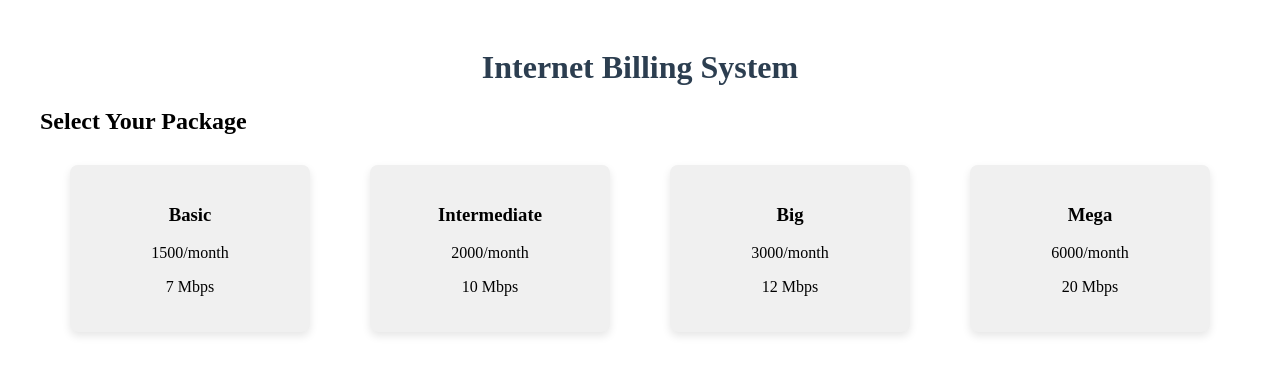
Repository: rachel648/system_Bill
Page: /packages (app in client/)
An editor plug-in stored every save of this project. The page is shown before and after the next save, followed by the edit.
The browser window is 1280 px wide. The pictures show the whole page.
The project was rebuilt for these pictures with package versions that can differ from the ones it lists, and the page was loaded fresh each time. Also part of the build but not shown: client/src/components/ServiceForm.js.

Above is the page before, as saved 2025-05-11 17:26:01.

### client/public/index.html
<!DOCTYPE html>
<html lang="en">
  <head>
    <meta charset="UTF-8" />
    <meta name="viewport" content="width=device-width, initial-scale=1.0"/>
    <title>Internet Billing System</title>
  </head>
  <body>
    <div id="root"></div>
    <!-- Add React scripts if not using Create React App -->
    <!-- <script src="https://unpkg.com/react@18/umd/react.development.js"></script>
    <script src="https://unpkg.com/react-dom@18/umd/react-dom.development.js"></script> -->
  </body>
</html>

### client/src/App.js
import React from 'react';
import { BrowserRouter as Router, Routes, Route } from 'react-router-dom';
import ServiceForm from './components/ServiceForm';
import Packages from './Packages';

const App = () => {
  return (
    <Router>
      <div style={{ padding: '20px', maxWidth: '1200px', margin: '0 auto' }}>
        <h1 style={{ textAlign: 'center', color: '#2c3e50' }}>Internet Billing System</h1>
        <Routes>
          <Route path="/" element={<ServiceForm />} />
          <Route path="/packages" element={<Packages />} />
        </Routes>
      </div>
    </Router>
  );
};

export default App;

### client/src/Packages.js
import React, { useState } from 'react';
import './Packages.css'; // Make sure to have the CSS file

const Packages = () => {
  const [isModalOpen, setIsModalOpen] = useState(false);  // Modal visibility
  const [selectedPackage, setSelectedPackage] = useState(null);  // Selected package
  const [phoneNumber, setPhoneNumber] = useState('');  // User's phone number

  const handleCardClick = (pkg) => {
    setSelectedPackage(pkg);  // Set the selected package
    setIsModalOpen(true);  // Open the modal
  };

  const handlePayment = async () => {
    // Data to send to the backend
    const paymentData = {
      phone: phoneNumber,
      amount: selectedPackage === 'Basic' ? '$1500' : selectedPackage === 'Intermediate' ? '$2000' : selectedPackage === 'Big' ? '$3000' : '$6000',
      package: selectedPackage
    };

    try {
      // Sending a POST request to your backend payment API
      const response = await fetch('http://localhost:5000/api/payment', {
        method: 'POST',
        headers: {
          'Content-Type': 'application/json'
        },
        body: JSON.stringify(paymentData)
      });

      if (response.ok) {
        const responseData = await response.json();  // Get the response data
        if (responseData.client_secret) {
          // Handle the client_secret
          alert(`Payment request for ${selectedPackage} sent to phone number: ${phoneNumber}. Client Secret: ${responseData.client_secret}`);

          // Use client_secret to confirm the payment via a payment gateway (e.g., Stripe)
          // Example placeholder, replace with your payment gateway code
          const paymentResult = await confirmPayment(responseData.client_secret);

          if (paymentResult.success) {
            alert('Payment Successful!');
          } else {
            alert('Payment failed. Please try again.');
          }
        }
      } else {
        alert('Failed to process the payment. Please try again.');
      }
    } catch (error) {
      console.error('Error making payment request:', error);
      alert('An error occurred. Please try again later.');
    }

    setIsModalOpen(false);  // Close the modal after payment attempt
  };

  // Placeholder for the actual payment confirmation with a payment gateway like Stripe
  const confirmPayment = async (clientSecret) => {
    // Example: Replace with actual code to confirm payment using the client secret
    return { success: true };  // Simulate a successful payment
  };

  return (
    <div className="container">
      <h2 className="heading">Select Your Package</h2>

      <div className="card-container">
        <div className="card basic-card" onClick={() => handleCardClick('Basic')}>
          <h3>Basic</h3>
          <p>1500/month</p>
          <p>7 Mbps</p>
        </div>
        <div className="card intermediate-card" onClick={() => handleCardClick('Intermediate')}>
          <h3>Intermediate</h3>
          <p>2000/month</p>
          <p>10 Mbps</p>
        </div>
        <div className="card big-card" onClick={() => handleCardClick('Big')}>
          <h3>Big</h3>
          <p>3000/month</p>
          <p>12 Mbps</p>
        </div>
        <div className="card mega-card" onClick={() => handleCardClick('Mega')}>
          <h3>Mega</h3>
          <p>6000/month</p>
          <p>20 Mbps</p>
        </div>
      </div>

      {isModalOpen && (
        <div className="modal">
          <div className="modal-content">
            <h3>Make Payment for {selectedPackage}</h3>
            <label htmlFor="phone">Enter Phone Number:</label>
            <input
              type="text"
              id="phone"
              value={phoneNumber}
              onChange={(e) => setPhoneNumber(e.target.value)}
              placeholder="Phone number"
            />
            <button onClick={handlePayment}>Submit Payment</button>
            <button onClick={() => setIsModalOpen(false)}>Cancel</button>
          </div>
        </div>
      )}
    </div>
  );
};

export default Packages;

### client/src/Packages.css
/* Style for the cards */
.card-container {
  display: flex;
  justify-content: space-around;
}

.card {
  padding: 20px;
  margin: 10px;
  cursor: pointer;
  border-radius: 8px;
  background-color: #f0f0f0;
  text-align: center;
  width: 200px;
  box-shadow: 0 4px 8px rgba(0, 0, 0, 0.1);
}

.card:hover {
  background-color: #e0e0e0;
}

/* Modal styles */
.modal {
  position: fixed;
  top: 0;
  left: 0;
  right: 0;
  bottom: 0;
  background-color: rgba(0, 0, 0, 0.5);
  display: flex;
  justify-content: center;
  align-items: center;
}

.modal-content {
  background-color: white;
  padding: 20px;
  border-radius: 8px;
  width: 300px;
  text-align: center;
}

input {
  width: 100%;
  padding: 8px;
  margin: 10px 0;
  border: 1px solid #ccc;
  border-radius: 4px;
}

button {
  padding: 10px;
  background-color: #4CAF50;
  color: white;
  border: none;
  border-radius: 4px;
  cursor: pointer;
  margin: 5px;
}

button:hover {
  background-color: #45a049;
}

Loaded but not shown: client/src/index.js (common file)

After the next save:
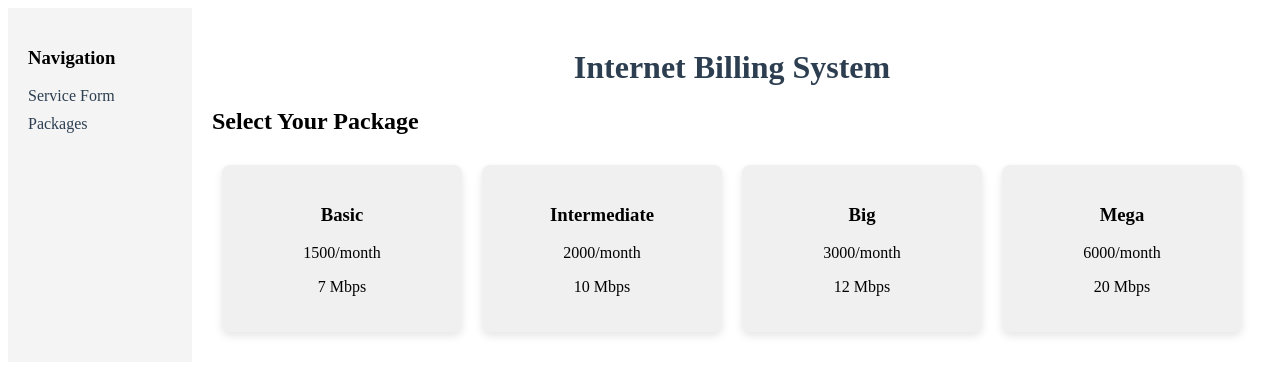
Saved 34 min 29 s later.
--- a/client/src/App.js
+++ b/client/src/App.js
@@ -1,20 +1,44 @@
 import React from 'react';
-import { BrowserRouter as Router, Routes, Route } from 'react-router-dom';
+import { BrowserRouter as Router, Routes, Route, Link } from 'react-router-dom';
 import ServiceForm from './components/ServiceForm';
 import Packages from './Packages';
 
 const App = () => {
   return (
     <Router>
-      <div style={{ padding: '20px', maxWidth: '1200px', margin: '0 auto' }}>
-        <h1 style={{ textAlign: 'center', color: '#2c3e50' }}>Internet Billing System</h1>
-        <Routes>
-          <Route path="/" element={<ServiceForm />} />
-          <Route path="/packages" element={<Packages />} />
-        </Routes>
+      <div style={{ display: 'flex' }}>
+        {/* Left Sidebar Navigation */}
+        <div style={{ width: '200px', backgroundColor: '#f4f4f4', padding: '20px' }}>
+          <h3>Navigation</h3>
+          <ul style={{ listStyleType: 'none', padding: 0 }}>
+            <li>
+              <Link to="/" style={linkStyle}>Service Form</Link>
+            </li>
+            <li>
+              <Link to="/packages" style={linkStyle}>Packages</Link>
+            </li>
+          </ul>
+        </div>
+
+        {/* Main Content Area */}
+        <div style={{ flex: 1, padding: '20px' }}>
+          <h1 style={{ textAlign: 'center', color: '#2c3e50' }}>Internet Billing System</h1>
+          <Routes>
+            <Route path="/" element={<ServiceForm />} />
+            <Route path="/packages" element={<Packages />} />
+          </Routes>
+        </div>
       </div>
     </Router>
   );
 };
 
+// Inline CSS for the navigation links
+const linkStyle = {
+  textDecoration: 'none',
+  color: '#2c3e50',
+  display: 'block',
+  margin: '10px 0',
+};
+
 export default App;
